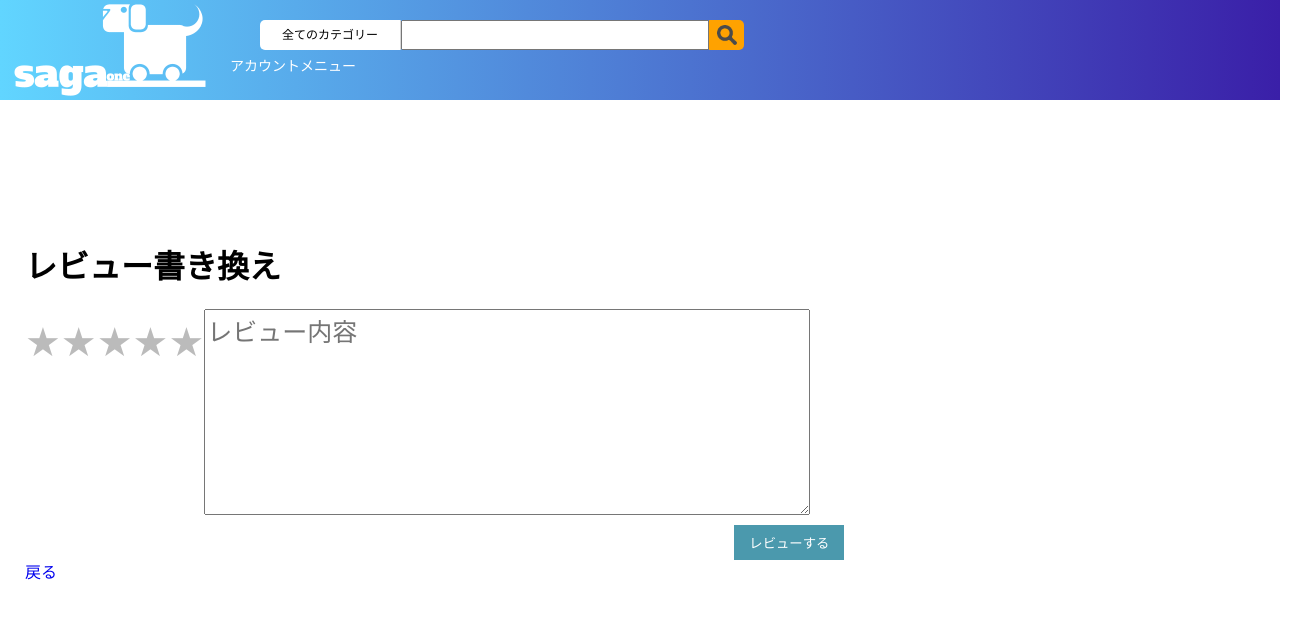
Repository: a4b3c2d1/backup
Page: http://localhost/sagaone-master/reviewChange.jsp
An editor plug-in stored every save of this project. The page is shown before and after the next save, followed by the edit.
The browser window is 1280 px wide. The page is 1315 px wide, so the pictures cover 1315 px, including what lies to the right of the window. The pictures show the whole page.
The page is served by Tomcat 9.

Above is the page before, as saved 2018-01-22 11:41:15.

After the next save:
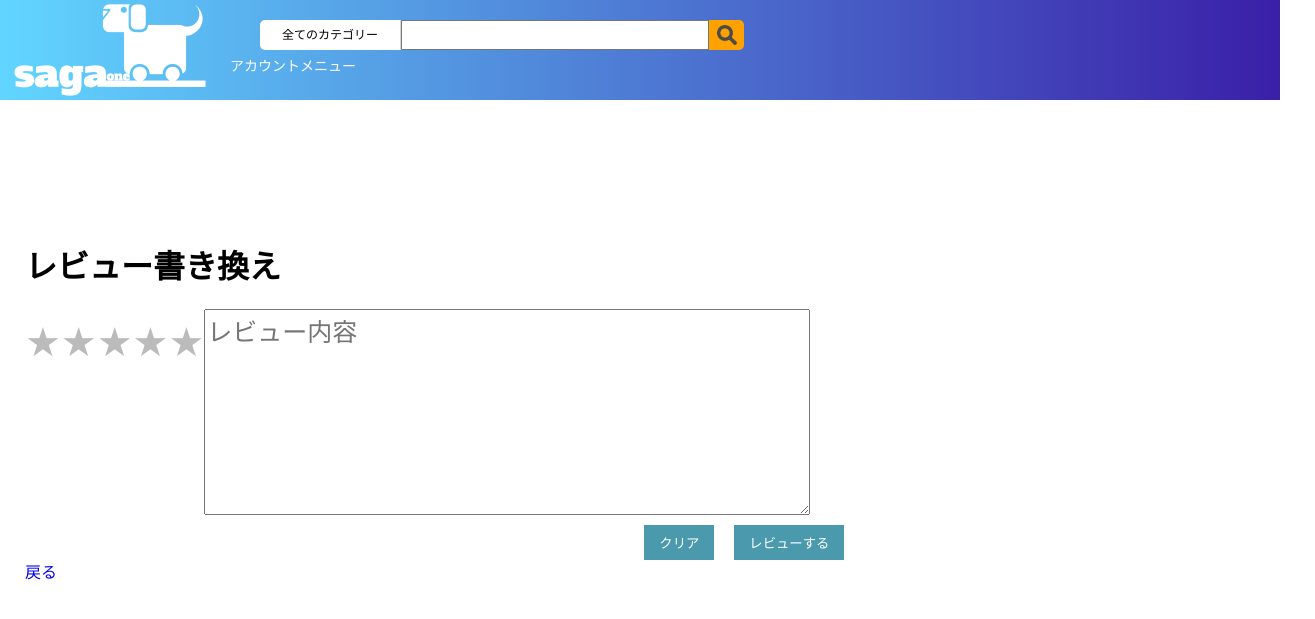
Saved 20 s later.
--- a/sagaone-master/WebContent/reviewChange.jsp
+++ b/sagaone-master/WebContent/reviewChange.jsp
@@ -232,7 +232,9 @@ input[type=button] {
 
 				<div class="review1">
 					<s:textarea class="text" name="review" placeholder="レビュー内容" />
-					<br> <span class="botton1"> <s:submit value="レビューする" /></span>
+					<br> <span class="botton1"> <s:submit value="レビューする" /></span><span
+						class="botton1"> <input type="button" value="クリア"
+						onClick="hoge()" /></span>
 				</div>
 			</s:form>
 
